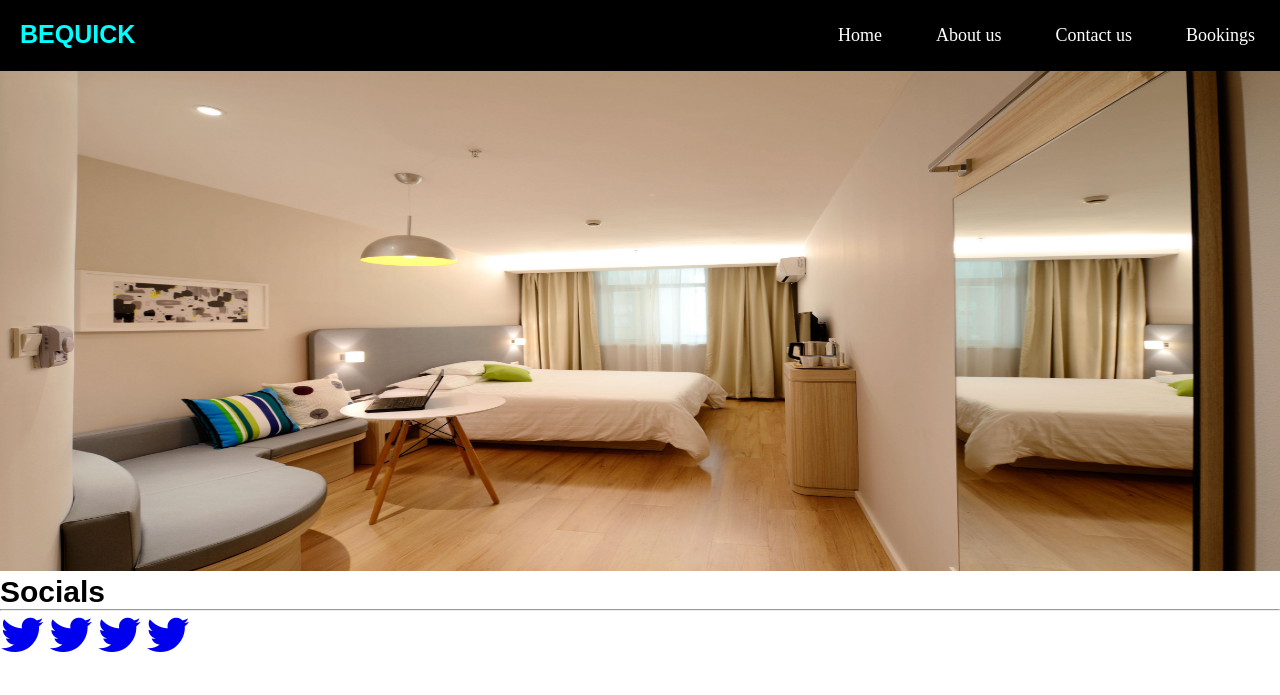
Repository: Ayushi6Sharma/BEQUICK_Hotel_Booking_Web
Page: about.html
The author's editor kept a copy of each file at every save. The page is drawn from the files as they stood at one save, then again after the next save.
The browser window is 1280 px wide. The pictures show the whole page.

Above is the page before, as saved 2022-05-09 14:24:15.

After the next save:
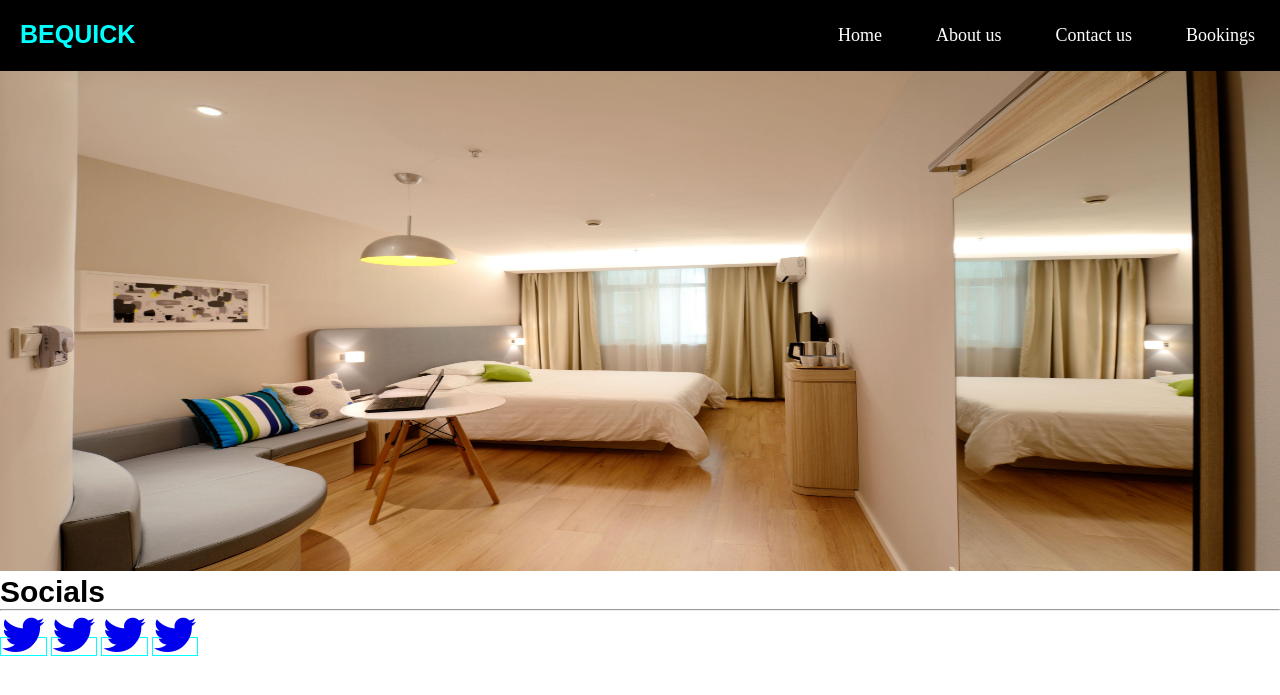
Saved 3 min 15 s later.
--- a/style/aboutstyle.css
+++ b/style/aboutstyle.css
@@ -4,3 +4,7 @@
     font-weight: bold;
     font-family: sans-serif;
 }
+.social-contact >a
+{
+    border: 1px solid aqua;
+}

After the save that followed:
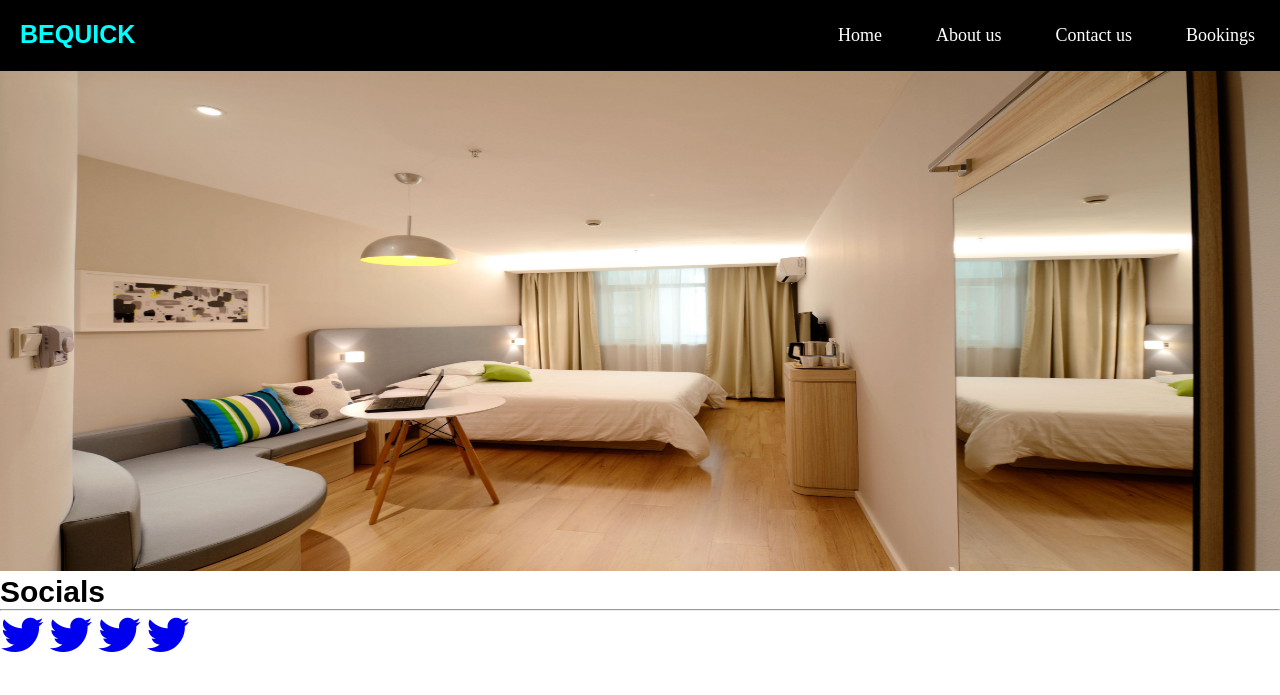
Saved 22 s later.
--- a/style/aboutstyle.css
+++ b/style/aboutstyle.css
@@ -4,7 +4,3 @@
     font-weight: bold;
     font-family: sans-serif;
 }
-.social-contact >a
-{
-    border: 1px solid aqua;
-}
